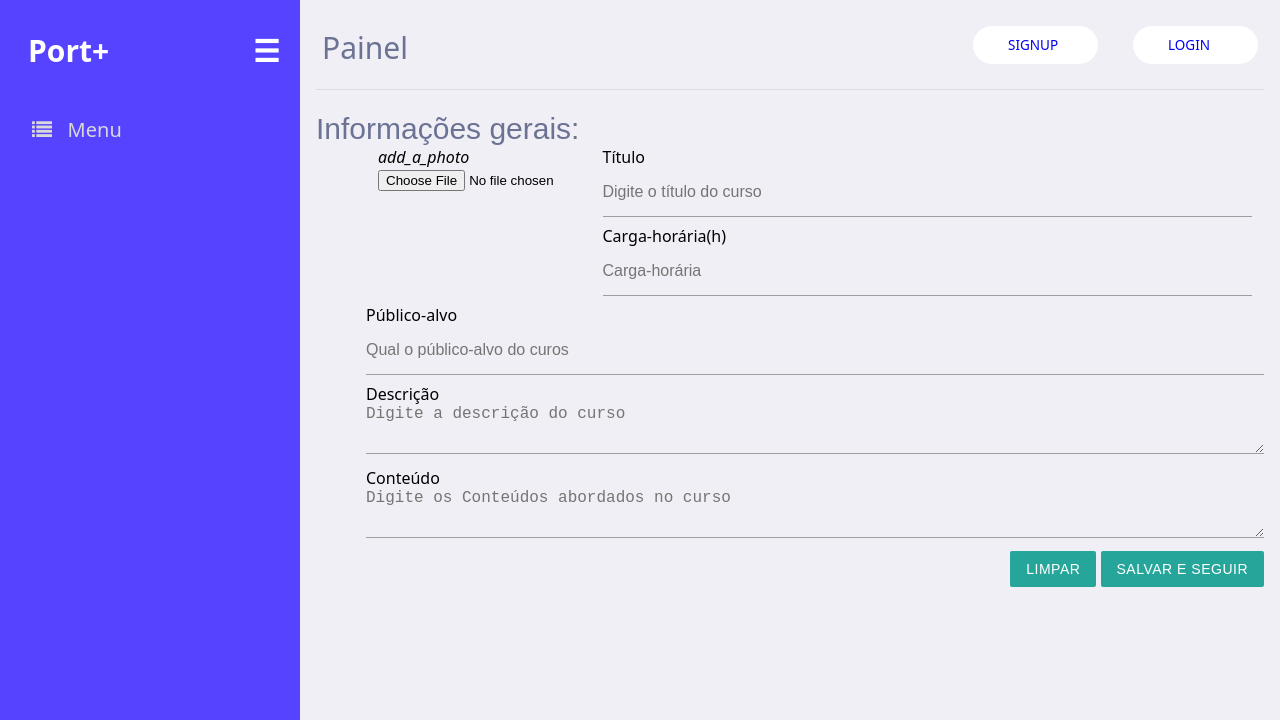
Repository: LauraMViana/Port-plus
Page: http://localhost/portPlus/criarCurso/criarCurso
The author's editor kept a copy of each file at every save. The page is drawn from the files as they stood at one save, then again after the next save.
The browser window is 1280 px wide. The pictures show the whole page.
The page is this project's Thymeleaf template; nobody is signed in. The template is opened directly, without the code that normally fills it, so the values that code supplies are empty.

Above is the page before, as saved 2021-12-30 16:21:36.

After the next save:
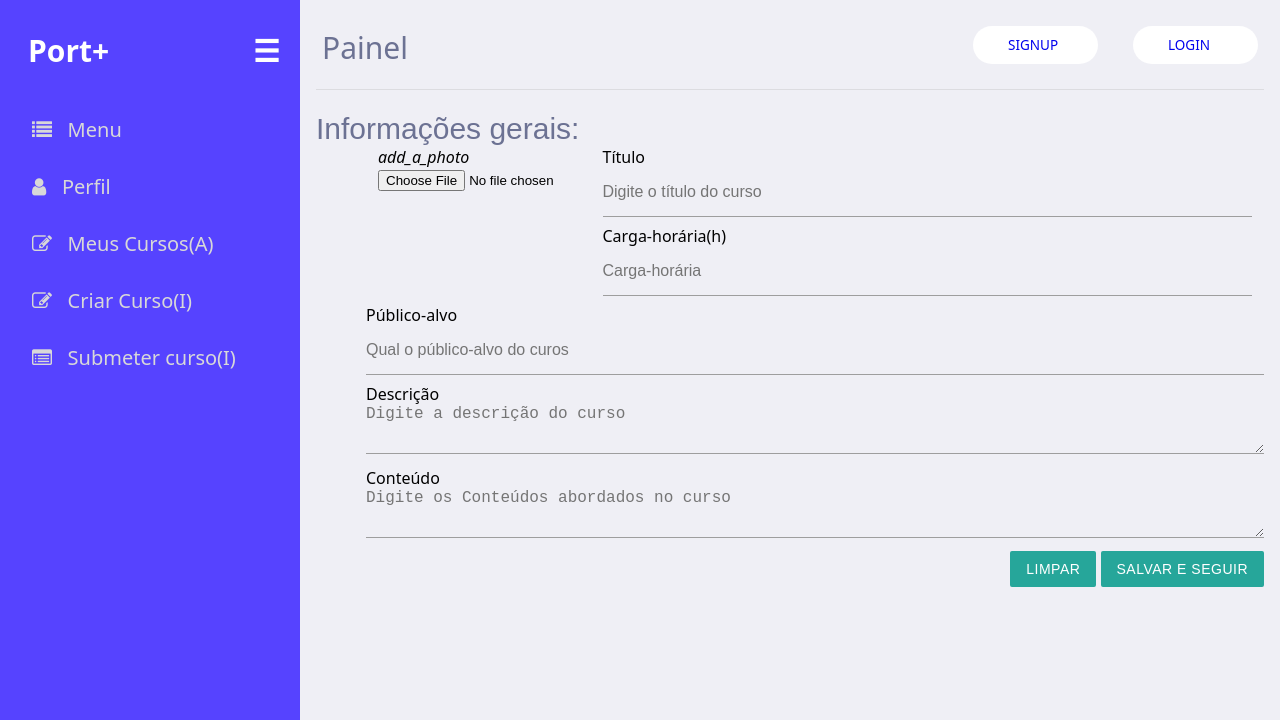
Saved 24 s later.
--- a/port/src/main/resources/templates/menu.html
+++ b/port/src/main/resources/templates/menu.html
@@ -21,15 +21,14 @@
 			</p>
 			<!-- <a href="/" class="icon-a"> <i class="fa fa-dashboard icons"></i>
 				&nbsp;&nbsp;Painel
-			</a> --> <a href="/" class="icon-a"><i class="fa fa-list icons"></i>
-				&nbsp;&nbsp;Menu</a> <a sec:authorize="isAuthenticated()" href="#"
-				class="icon-a"><i class="fa fa-user icons"></i>
-				&nbsp;&nbsp;Perfil</a> <a sec:authorize="isAuthenticated()"
+			</a> -->
+			<a href="/" class="icon-a"><i class="fa fa-list icons"></i>
+				&nbsp;&nbsp;Menu</a> <a href="#" class="icon-a"><i
+				class="fa fa-user icons"></i> &nbsp;&nbsp;Perfil</a> <a
 				href="/portPlus/criarCurso" class="icon-a"><i
 				class="fa fa-edit icons"></i> &nbsp;&nbsp;Meus Cursos(A)</a> <a
-				sec:authorize="isAuthenticated()" href="/portPlus/criarCurso"
-				class="icon-a"><i class="fa fa-edit icons"></i>
-				&nbsp;&nbsp;Criar Curso(I)</a><a sec:authorize="isAuthenticated()"
+				href="/portPlus/criarCurso" class="icon-a"><i
+				class="fa fa-edit icons"></i> &nbsp;&nbsp;Criar Curso(I)</a><a
 				href="/portPlus/meusCursos" class="icon-a"><i
 				class="fa fa-list-alt icons"></i> &nbsp;&nbsp;Submeter curso(I)</a>
 		</div>
